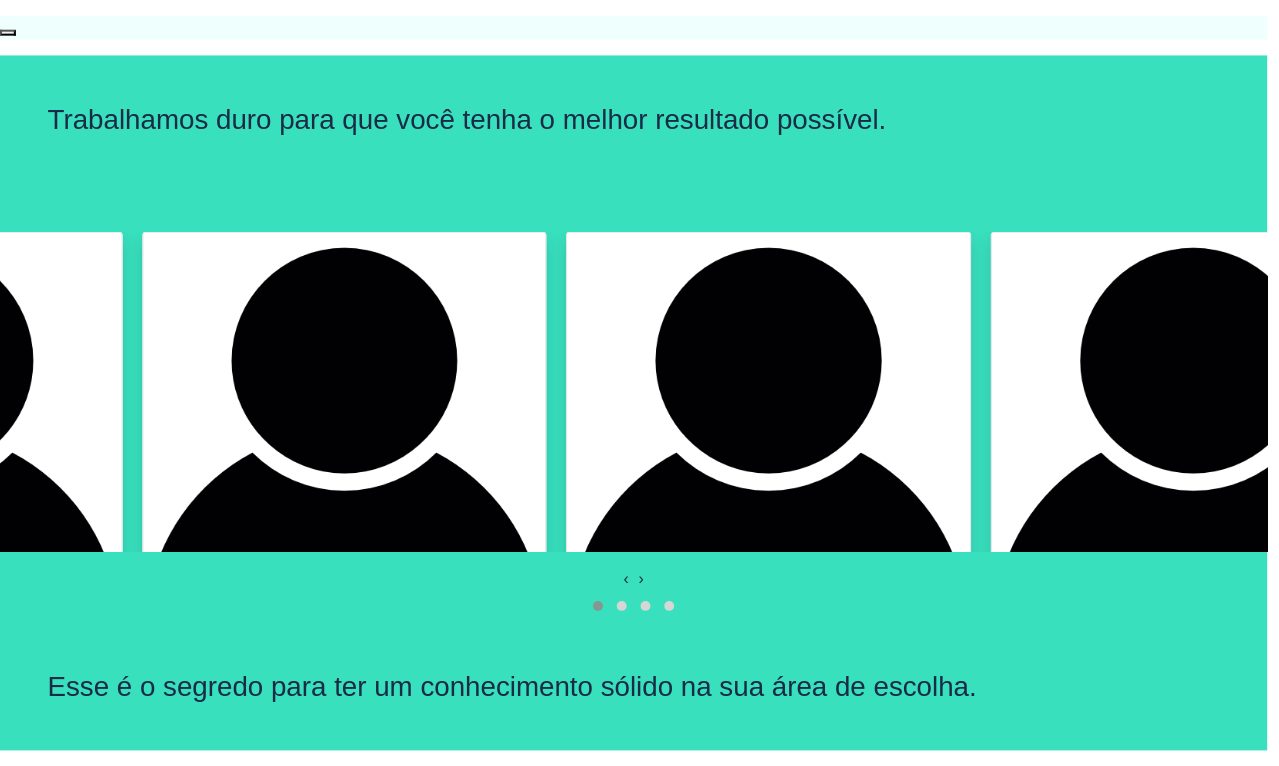
Repository: MarTech-Coders-Planejamento/site-oficial
Page: home.html
The author's editor kept a copy of each file at every save. The page is drawn from the files as they stood at one save, then again after the next save.
The browser window is 1280 px wide. The page is 1292 px wide, so the pictures cover 1292 px, including what lies to the right of the window. The pictures show the whole page, at 99% of full size.
Some web fonts or font styles are not loaded; a fallback is used.

Above is the page before, as saved 2021-10-22 23:59:46.

After the next save:
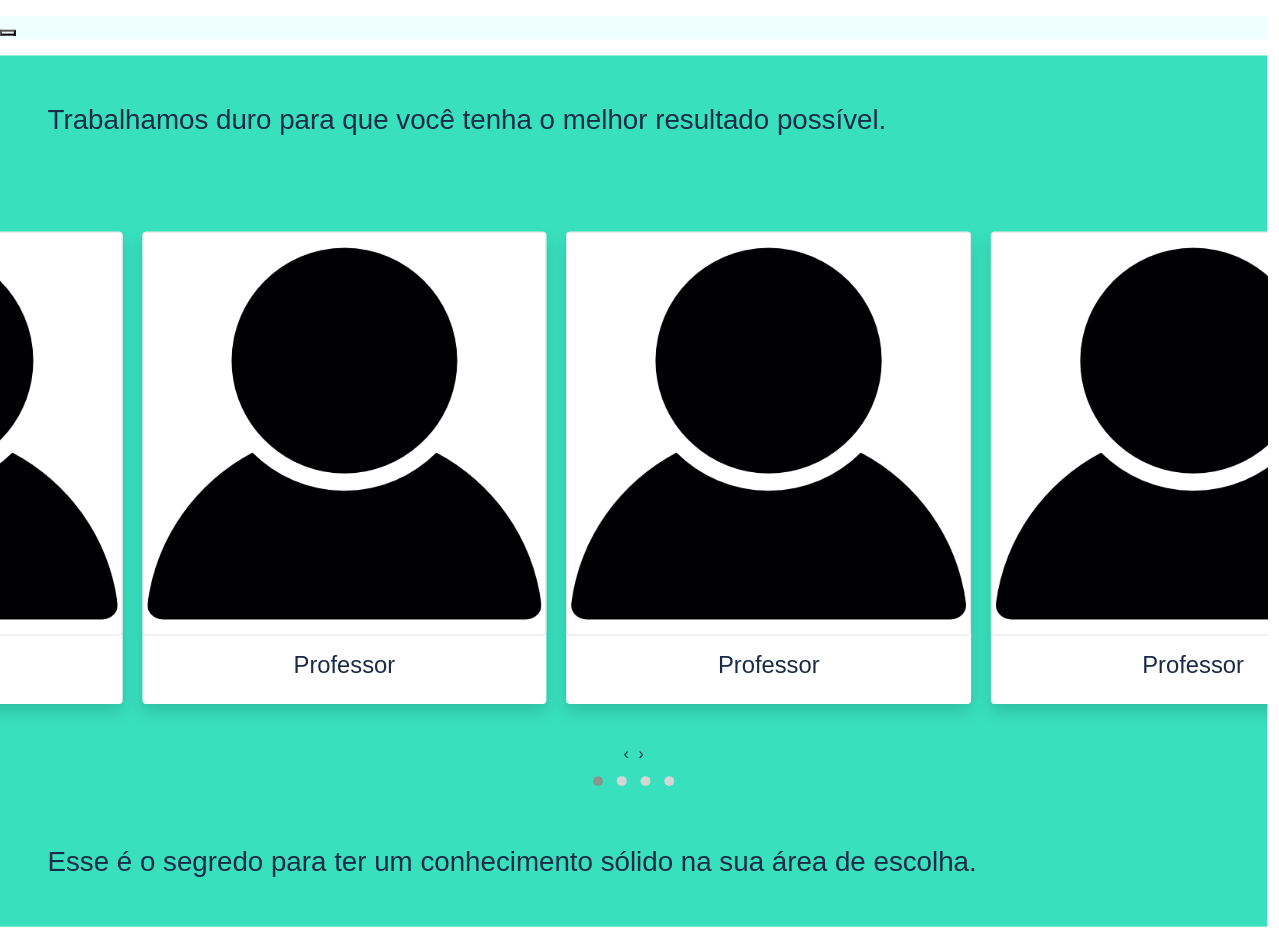
Saved 16 s later.
--- a/css/home.css
+++ b/css/home.css
@@ -23,8 +23,8 @@
   color: var(--texto);
 }
 
-.item {
-  height: 300px;
+.item img{
+  width: 300px;
 }
 
 .owl-stage{
